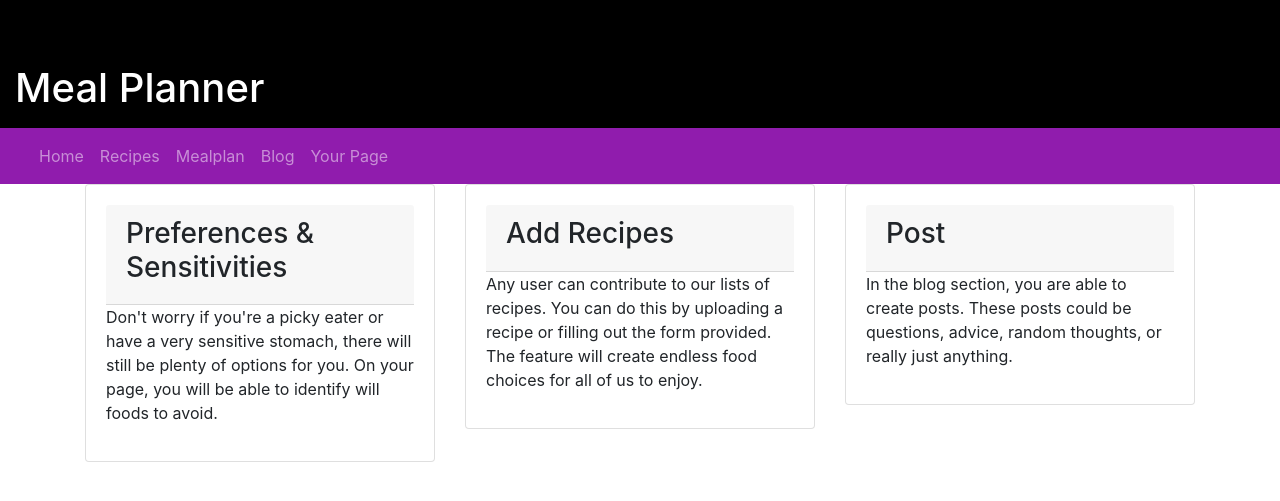
Repository: madisonisfan/mealplanner-react
Page: /
These files come from the project's save history. The page is drawn as it stood at one moment and after the next save; the edit follows.
The browser window is 1280 px wide. The pictures show the whole page.
The project was rebuilt for these pictures with package versions that can differ from the ones it lists, and the page was loaded fresh each time.

Above is the page before, as saved 2021-04-18 13:48:02.

### src/App.js
import React, { Component } from "react";
import "./App.css";
import Main from "./components/MainComponent";
import { BrowserRouter } from "react-router-dom";

class App extends Component {
  render() {
    return (
      <BrowserRouter>
        <div className="App">
          <Main />
        </div>
      </BrowserRouter>
    );
  }
}

export default App;

### src/App.css
.jumbotron {
  height: 100px;
  margin: 0px !important;
  background-color: black !important;
  color: white;
}

.navbar {
  background-color: #901cad;
  color: white;
}

### src/components/MainComponent.js
import React, { Component } from "react";
import Home from "./HomeComponent";
import MainHeader from "./HeaderComponent";
import { Switch, Route, Redirect } from "react-router-dom";

class Main extends Component {
  constructor(props) {
    super(props);
    this.state = {};
  }

  render() {
    return (
      <div>
        <MainHeader />
        <Switch>
          <Route path="/home" component={Home} />
          <Redirect to="/home" />
        </Switch>
      </div>
    );
  }
}
export default Main;

### src/components/HomeComponent.js
import React from "react";
import {
  Card,
  CardHeader,
  CardImg,
  CardText,
  CardBody,
  CardTitle,
} from "reactstrap";

function Home(props) {
  return (
    <div className="container">
      <div className="row">
        <div className="col">
          <Card>
            <CardBody>
              <CardHeader>
                <h3>Preferences & Sensitivities</h3>
              </CardHeader>
              <p>
                Don't worry if you're a picky eater or have a very sensitive
                stomach, there will still be plenty of options for you. On your
                page, you will be able to identify will foods to avoid.
              </p>
            </CardBody>
          </Card>
        </div>
        <div className="col">
          <Card>
            <CardBody>
              <CardHeader>
                <h3>Add Recipes</h3>
              </CardHeader>
              <p>
                Any user can contribute to our lists of recipes. You can do this
                by uploading a recipe or filling out the form provided. The
                feature will create endless food choices for all of us to enjoy.
              </p>
            </CardBody>
          </Card>
        </div>
        <div className="col">
          <Card>
            <CardBody>
              <CardHeader>
                <h3>Post</h3>
              </CardHeader>
              <p>
                In the blog section, you are able to create posts. These posts
                could be questions, advice, random thoughts, or really just
                anything.
              </p>
            </CardBody>
          </Card>
        </div>
      </div>
    </div> //container
  );
}

export default Home;

### src/components/HeaderComponent.js
import React, { Component } from "react";
import {
  Jumbotron,
  Navbar,
  NavbarBrand,
  NavItem,
  NavLink,
  NavbarToggler,
  Collapse,
  Nav,
} from "reactstrap";

function MainHeader(props) {
  return (
    <React.Fragment>
      <Jumbotron fluid>
        <div className="container-fluid">
          <div className="row  align-items-center">
            <div className="col">
              <h1>Meal Planner</h1>
            </div>
          </div>
        </div>
      </Jumbotron>
      <MainNav />
    </React.Fragment>
  );
}

class MainNav extends Component {
  constructor(props) {
    super(props);
    this.state = {
      isNavOpen: true,
    };
  }
  toggleNav() {
    this.setState({ isNavOpen: !this.state.isNavOpen });
  }

  render() {
    return (
      <Navbar dark sticky="top" expand="md">
        <div className="container-fluid">
          <NavbarToggler isClick={this.toggleNav}></NavbarToggler>
          <Collapse isOpen={this.state.isNavOpen} navbar>
            <Nav navbar>
              <NavItem>
                <NavLink className="nav-link" to="/home">
                  Home
                </NavLink>
              </NavItem>
              <NavItem>
                <NavLink className="nav-link" to="/recipes">
                  Recipes
                </NavLink>
              </NavItem>
              <NavItem>
                <NavLink className="nav-link" to="/mealplan">
                  Mealplan
                </NavLink>
              </NavItem>
              <NavItem>
                <NavLink className="nav-link" to="/blog">
                  Blog
                </NavLink>
              </NavItem>
              <NavItem>
                <NavLink className="nav-link" to="/yourpage">
                  Your Page
                </NavLink>
              </NavItem>
            </Nav>
          </Collapse>
        </div>
      </Navbar>
    );
  }
}

export default MainHeader;

Loaded but not shown: public/index.html (common file); src/index.js (common file); src/index.css (common file); src/reportWebVitals.js (common file)

After the next save:
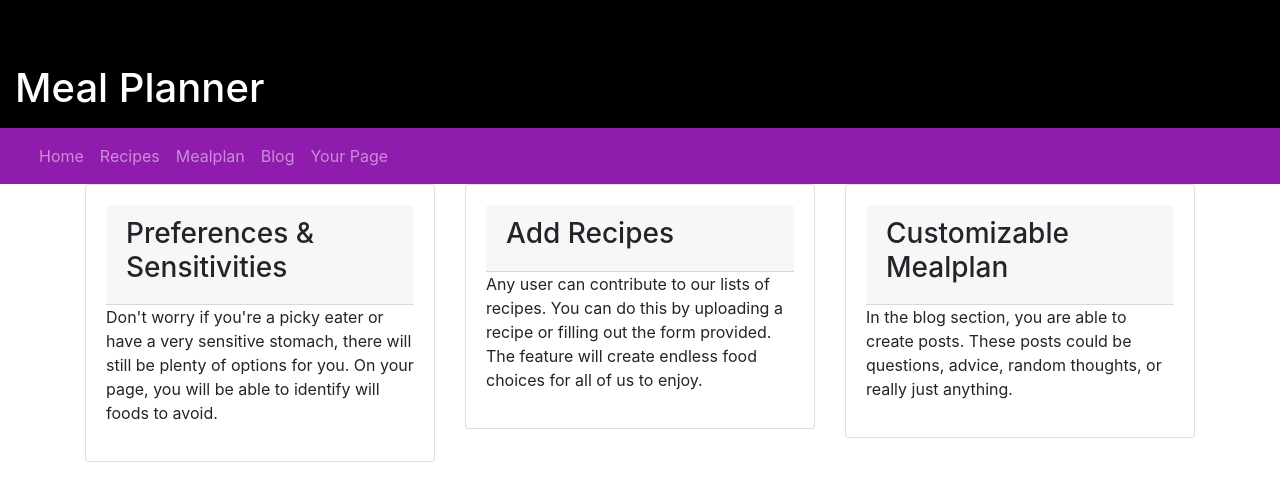
Saved 8 s later.
--- a/src/components/HomeComponent.js
+++ b/src/components/HomeComponent.js
@@ -44,7 +44,7 @@ function Home(props) {
           <Card>
             <CardBody>
               <CardHeader>
-                <h3>Post</h3>
+                <h3>Customizable Mealplan</h3>
               </CardHeader>
               <p>
                 In the blog section, you are able to create posts. These posts
